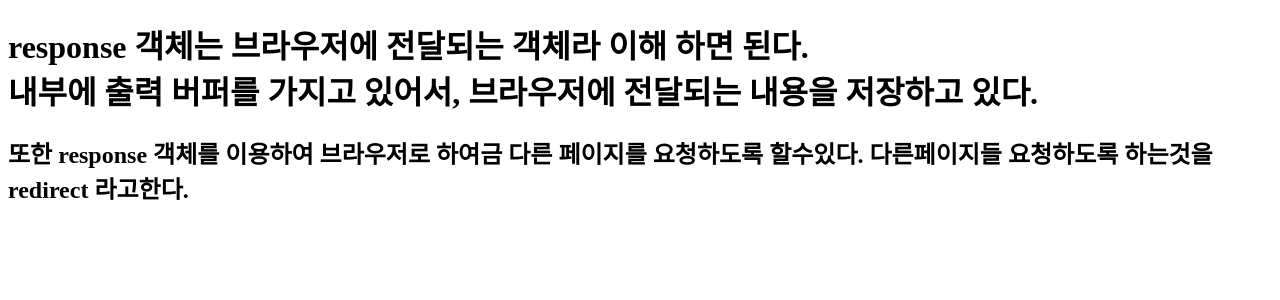
Repository: WONDongin/GoodeeAcademy_JAVA
Page: http://localhost/jspStudy/ex05_response/ex01_response1.jsp
These files come from the project's save history. The page is drawn as it stood at one moment and after the next save; the edit follows.
The browser window is 1280 px wide. The pictures show the whole page.
The page is served by Tomcat 9.

Above is the page before, as saved 2025-04-02 02:18:52.

### jsp_study/jspStudy/src/main/webapp/ex05_response/ex01_response1.jsp
<%@ page language="java" contentType="text/html; charset=UTF-8"
    pageEncoding="UTF-8"%>
<!-- /webapp/ex04_request/ex01_requestFrom.jsp -->
<!DOCTYPE html>
<html>
	<head>
	<meta charset="UTF-8">
	<title>response : 응답객체</title>
	</head>
	<body>
		<h1>
		response 객체는 브라우저에 전달되는 객체라 이해 하면 된다.<br/>
		내부에 출력 버퍼를 가지고 있어서, 브라우저에 전달되는 내용을 저장하고 있다.
		</h1>
		<h2>
		또한 response 객체를 이용하여 브라우저로 하여금 다른 페이지를 요청하도록 할수있다.
		다른페이지들 요청하도록 하는것을 redirect 라고한다.
		</h2>
		<h2></h2>
	</body>
</html>

After the next save:
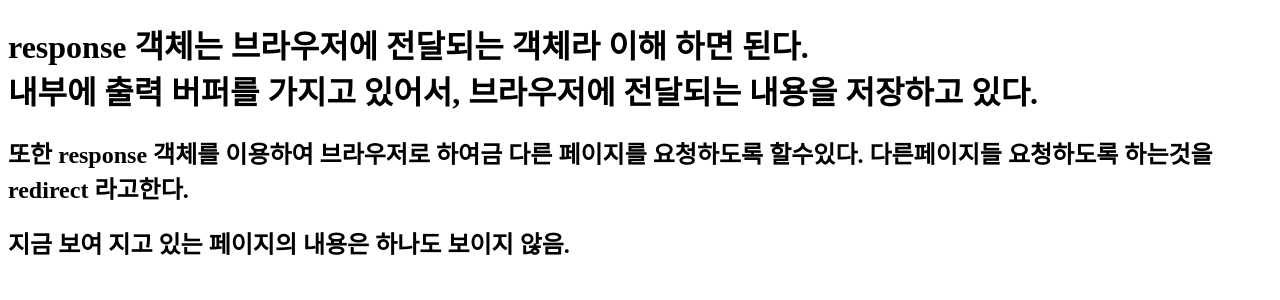
Saved 13 s later.
--- a/jsp_study/jspStudy/src/main/webapp/ex05_response/ex01_response1.jsp
+++ b/jsp_study/jspStudy/src/main/webapp/ex05_response/ex01_response1.jsp
@@ -16,6 +16,6 @@
 		또한 response 객체를 이용하여 브라우저로 하여금 다른 페이지를 요청하도록 할수있다.
 		다른페이지들 요청하도록 하는것을 redirect 라고한다.
 		</h2>
-		<h2></h2>
+		<h2>지금 보여 지고 있는 페이지의 내용은 하나도 보이지 않음.</h2>
 	</body>
 </html>
